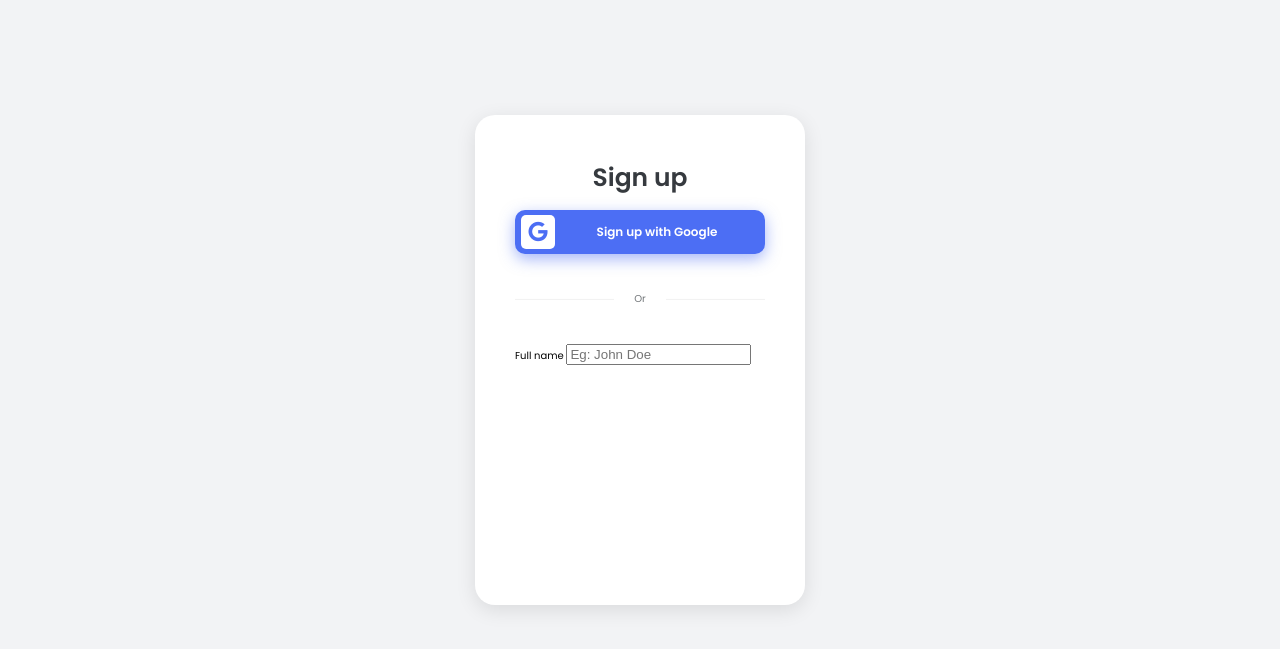
Repository: TranMinhMan040702/practice_html-css
Page: form-login/index.html
These files come from the project's save history. The page is drawn as it stood at one moment and after the next save; the edit follows.
The browser window is 1280 px wide. The pictures show the whole page.
Some web libraries are served in a nearby version.

Above is the page before, as saved 2022-08-24 13:27:48.

### form-login/index.html
<!DOCTYPE html>
<html lang="en">
<head>
    <meta charset="UTF-8">
    <meta http-equiv="X-UA-Compatible" content="IE=edge">
    <meta name="viewport" content="width=device-width, initial-scale=1.0">
    <link href="https://fonts.googleapis.com/css2?family=Poppins:wght@300;400;600&display=swap" rel="stylesheet">
    <link rel="stylesheet" href="https://cdnjs.cloudflare.com/ajax/libs/font-awesome/6.1.2/css/all.min.css" integrity="sha512-1sCRPdkRXhBV2PBLUdRb4tMg1w2YPf37qatUFeS7zlBy7jJI8Lf4VHwWfZZfpXtYSLy85pkm9GaYVYMfw5BC1A==" crossorigin="anonymous" referrerpolicy="no-referrer" />
    <title>Sign up</title>
    <link rel="stylesheet" href="reset.css">
    <link rel="stylesheet" href="main.css">
</head>
<body>
    <div class="singup">
        <div class="signup-heading">
            <h1>Sign up</h1>
        </div>
        <button class="signup-social">
            <i class="fa-brands fa-google signup-social-icon"></i>
            <span class="signup-social-text">
                Sign up with Google
            </span>
        </button>

        <div class="signup-or">
            <span>Or</span>
        </div>

        <form action="" class="signup-form">
            <label for="fullname">Full name</label>
            <input type="text" placeholder="Eg: John Doe" name="fullname" id="fullname" class="signup-input">
        </form>

    </div>
</body>
</html>

### form-login/reset.css
html,
body,
div,
span,
applet,
object,
iframe,
h1,
h2,
h3,
h4,
h5,
h6,
p,
blockquote,
pre,
a,
abbr,
acronym,
address,
big,
cite,
code,
del,
dfn,
em,
img,
ins,
kbd,
q,
s,
samp,
small,
strike,
strong,
sub,
sup,
tt,
var,
b,
u,
i,
center,
dl,
dt,
dd,
ol,
ul,
li,
fieldset,
form,
label,
legend,
table,
caption,
tbody,
tfoot,
thead,
tr,
th,
td,
article,
aside,
canvas,
details,
embed,
figure,
figcaption,
footer,
header,
hgroup,
menu,
nav,
output,
ruby,
section,
summary,
time,
mark,
audio,
video {
  margin: 0;
  padding: 0;
  border: 0;
  font-size: 100%;
  font: inherit;
  vertical-align: baseline;
}
/* HTML5 display-role reset for older browsers */
article,
aside,
details,
figcaption,
figure,
footer,
header,
hgroup,
menu,
nav,
section {
  display: block;
}
body {
  line-height: 1;
}
ol,
ul {
  list-style: none;
}
blockquote,
q {
  quotes: none;
}
blockquote:before,
blockquote:after,
q:before,
q:after {
  content: "";
  content: none;
}
table {
  border-collapse: collapse;
  border-spacing: 0;
}

### form-login/main.css
html {
    font-size: 62.5%;
    font-family: "Poppins", sans-serif;
}

* {
    box-sizing: border-box;
}

body {
    width: 100%;
    height: 100vh;
    background-color: #f2f3f5;
    display: flex;
    justify-content: center;
    align-items: center;
}

.singup {
    max-width: 330px;
    width: 100%;
    height: 490px;
    background-color: #fff;
    padding: 50px 40px;
    border-radius: 20px;
    box-shadow: 0px 5px 20px rgba(0, 0, 0, 0.1);
}

.signup-heading {
    font-size: 2.5rem;
    font-weight: 600;
    color: #363a3f;
    text-align: center;
    margin-bottom: 20px;
}

.signup-social {
    padding: 6px;
    font-family: "Poppins", sans-serif;
    font-size: 1.2rem;
    font-weight: 600;
    color: #fff;
    width: 100%;
    height: 44px;
    border-radius: 10px;
    background-color: #4c6ef4;
    display: inline-block;
    border: none;
    box-shadow: 0px 5px 15px rgba(76, 110, 244, 0.5);
    cursor: pointer;
    display: flex;
    align-items: center;
}

.signup-social-icon {
    width: 34px;
    height: 34px;
    font-size: 2rem;
    background: #fff;
    border-radius: 5px;
    color: #4c6ef4;
    display: flex;
    justify-content: center;
    align-items: center;
}

.signup-social-text {
    display: inline-block;
    margin: 0 auto;
}

.signup-or {
    font-size: 1rem;
    color: #73777a;
    text-align: center;
    position: relative;
    margin: 30px 0;
}

.signup-or span {
    display: inline-block;
    padding: 10px 20px;
    background: #fff;
    z-index: 2;
    position: relative;
}

.signup-or::after {
    content: "";
    position: absolute;
    width: 100%;
    height: 0.1px;
    background-color: #73777a;
    opacity: 0.1;
    top: 50%;
    left: 0;
    transform: translateY(-50%);
}

After the next save:
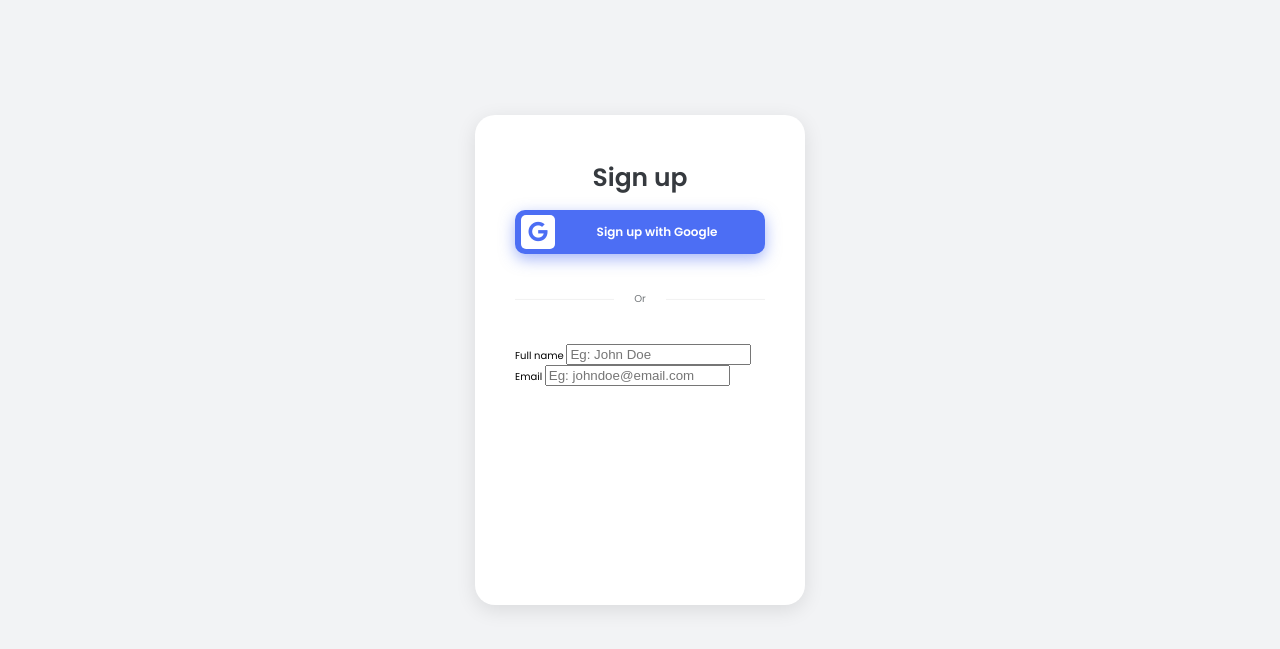
Saved 56 s later.
--- a/form-login/index.html
+++ b/form-login/index.html
@@ -29,6 +29,8 @@
         <form action="" class="signup-form">
             <label for="fullname">Full name</label>
             <input type="text" placeholder="Eg: John Doe" name="fullname" id="fullname" class="signup-input">
+            <label for="email">Email</label>
+            <input type="text" placeholder="Eg: johndoe@email.com" name="email" id="email" class="signup-input">
         </form>
 
     </div>
